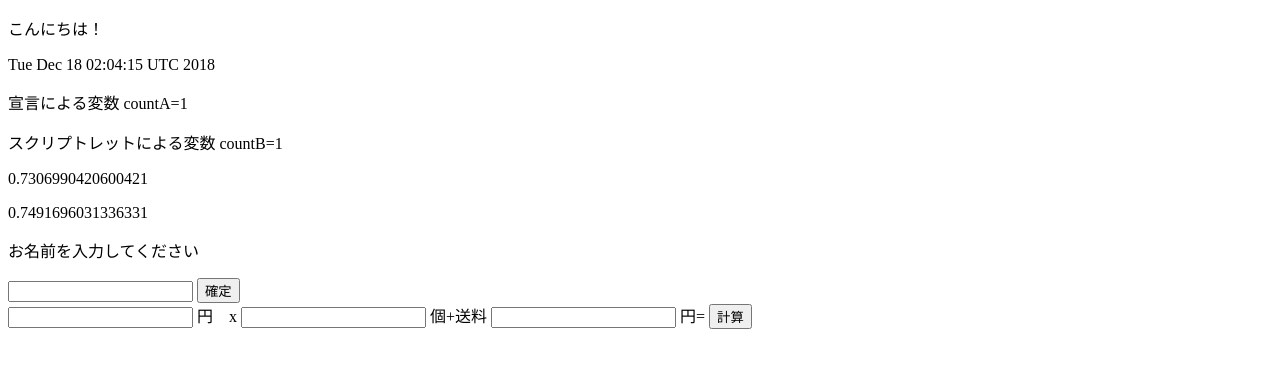
Repository: fujita0830/learning
Page: http://localhost/HelloJSP/
The author's editor kept a copy of each file at every save. The page is drawn from the files as they stood at one save, then again after the next save.
The browser window is 1280 px wide. The pictures show the whole page.
The page is served by Tomcat 9.

Above is the page before, as saved 2018-12-18 05:08:17.

### HelloJSP/WebContent/index.jsp
<%@ page language="java" contentType="text/html; charset=UTF-8"
    pageEncoding="UTF-8"%>
<!DOCTYPE html PUBLIC "-//W3C//DTD HTML 4.01 Transitional//EN" "http://www.w3.org/TR/html4/loose.dtd">
<html>
<head>
<meta http-equiv="Content-Type" content="text/html; charset=UTF-8">
<title>TEST</title>
</head>
<body>
<p>こんにちは！</p>
<% out.println(new java.util.Date()); %>

<%!
static int countA=0;
%>

<%
int countB=0;
countA++;
countB++;
%>

<p>宣言による変数 countA=<%=countA%></p>
<p>スクリプトレットによる変数 countB=<%=countB %></p>

<p><%out.println(Math.random()); %></p>
<p><%=Math.random() %></p>

<p>お名前を入力してください</p>

<form method="post" action="greeting-out.jsp">
<input type="text" name="user">
<input type="submit" value="確定">

</form>


<form method="post" action="total-out.jsp">
<input type="text" name="price">
円　x
<input type="text" name="count">
個+送料
<input type="text" name="delivery">
円=
<input type="submit" value="計算">

</form>


</body>
</html>

After the next save:
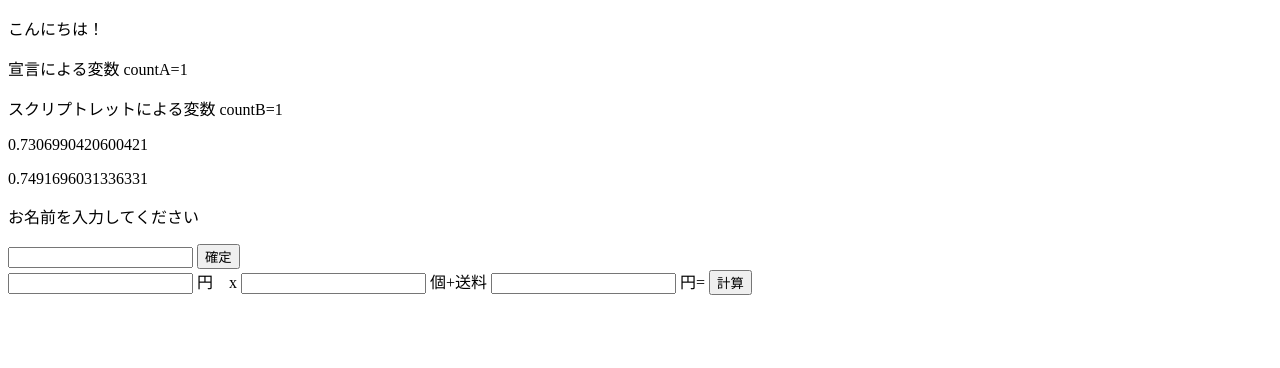
Saved 2 min 0 s later.
--- a/HelloJSP/WebContent/index.jsp
+++ b/HelloJSP/WebContent/index.jsp
@@ -8,7 +8,7 @@
 </head>
 <body>
 <p>こんにちは！</p>
-<% out.println(new java.util.Date()); %>
+<% System.out.println(new java.util.Date()); %>
 
 <%!
 static int countA=0;

After the save that followed:
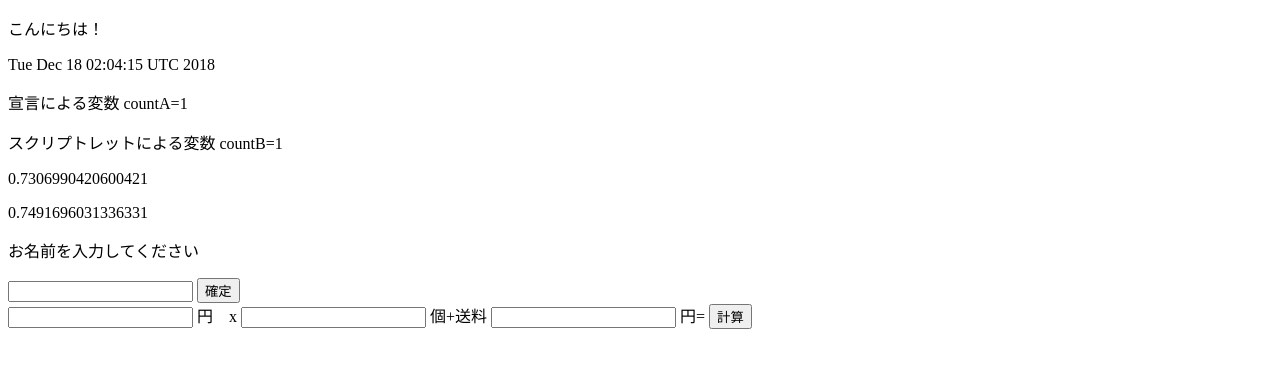
Saved 17 s later.
--- a/HelloJSP/WebContent/index.jsp
+++ b/HelloJSP/WebContent/index.jsp
@@ -8,7 +8,7 @@
 </head>
 <body>
 <p>こんにちは！</p>
-<% System.out.println(new java.util.Date()); %>
+<% out.println(new java.util.Date()); %>
 
 <%!
 static int countA=0;
